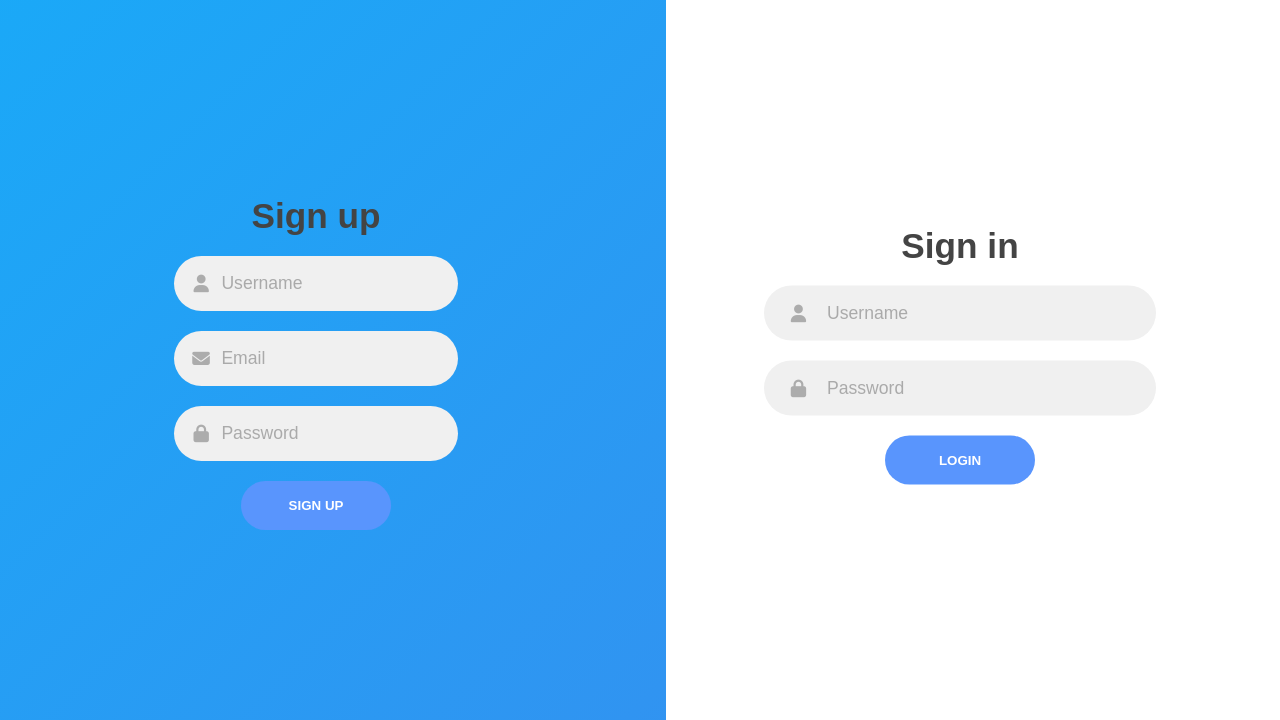
Repository: sarfaraz1611/NitteMovie.github.io
Page: login.html
These files come from the project's save history. The page is drawn as it stood at one moment and after the next save; the edit follows.
The browser window is 1280 px wide. The pictures show the whole page.
Some web libraries are served in a nearby version.

Above is the page before, as saved 2022-07-15 23:48:25.

### login.html
<!DOCTYPE html>
<html lang="en">

<head>
    <meta charset="UTF-8" />
    <meta name="viewport" content="width=device-width, initial-scale=1.0" />
    <script src="https://kit.fontawesome.com/64d58efce2.js" crossorigin="anonymous"></script>
    <link rel="stylesheet" href="./assets/css/main.css" />
    <title>nittemovies</title>
</head>

<body>
    <div class="container">

            <div class="signin-signup">
                <form action="" class="sign-in-form">
                    <h2 class="title">Sign in</h2>
                    <div class="input-field">
                        <i class="fas fa-user"></i>
                        <input type="text" placeholder="Username" />
                    </div>
                    <div class="input-field">
                        <i class="fas fa-lock"></i>
                        <input type="password" placeholder="Password" />
                    </div>
                    <input type="submit" value="Login" class="btn solid" />

                </form>

            </div>


        <div class="panels-container">
            <div class="panel left-panel">
                                   <form action="#" class="">
                        <h2 class="title">Sign up</h2>
                        <div class="input-field">
                            <i class="fas fa-user"></i>
                            <input type="text" placeholder="Username" />
                        </div>
                        <div class="input-field">
                            <i class="fas fa-envelope"></i>
                            <input type="email" placeholder="Email" />
                        </div>
                        <div class="input-field">
                            <i class="fas fa-lock"></i>
                            <input type="password" placeholder="Password" />
                        </div>
                        <input type="submit" class="btn" value="Sign up" />

                    </form>
                </div>
            </div>



    </div>


</body>

</html>

### assets/css/main.css
:root {
  --live-indicator-shadow: hsla(0, 79%, 63%, 0.5);
  --rich-black-fogra-30:   hsl(219, 32%, 10%);
  --rich-black-fogra-29:   hsl(222, 25%, 10%);
  --oxford-blue-50:        hsla(218, 39%, 14%, 0.8);
  --oxford-blue:           hsl(218, 39%, 14%);
  --light-azure:           hsl(214, 84%, 56%);
  --off-white:             hsl(0, 0%, 88%);
  --white:                 hsl(0, 0%, 100%);
  --azure:                 hsl(211, 100%, 50%);



  --ff-inter: "Inter", sans-serif;

  --section-heading: 40px;



  --px: 50px;

}
@media only screen and (max-width: 1026px) {
  .banner {
      display: none;
  }
}



* {
  margin: 0;
  padding: 0;
  transition: all 0.5s ease;
}

h1, h2, h3, h4, h5, h6 { color: var(--white); }

html { font-family: var(--ff-inter); }

body {
  background: var(--rich-black-fogra-29);
  color: var(--off-white);
}
img {
  display: block;
  width: 100%;
  height: 100%;
  object-fit: cover;
}
a {
  text-decoration: none;
  display: block;
  color: var(--off-white);
}

header, nav { background: var(--rich-black-fogra-29); }

.navbar,
.banner,
.movies,
.category {
  padding: 0 var(--px);
}




.container {
  max-width: 1440px;
  margin: auto;
}






.navbar {
  height: 100px;
  display:         flex;
  justify-content: space-between;
  align-items:     center;
}

.navbar-brand{width:251px;}




nav { margin-right: 250px; }

.navbar-nav { display: flex; }

.navbar-nav li{ margin-right: 60px; }

.navbar-link {
  font-size: var(--fs-sm);
  font-weight: var(--fw-5);
}

.navbar-link:hover { color: var(--light-azure); }




/* .navbar-signin {
  display:     flex;
  align-items: center;
  font-size: var(--fs-sm);
}



.navbar-signin:hover span { color: var(--light-azure); } */


.banner { margin-bottom: 60px; }

.banner-card {
  position: relative;
  height: 400px;
  overflow: hidden;
  border-radius: 20px;
  cursor: pointer;
}


.banner-img { object-position: top; }

.banner-card:hover .banner-img { transform: scale(1.1); }

.banner-card .card-content {
  position: absolute;
  right:  80px;
  bottom: 60px;
  left:   80px;
}

.banner-card .card-info {
  display:     flex;
  align-items: center;
  margin-bottom: 20px;
}

.banner-card .card-info div {
  display:     flex;
  align-items: center;
  margin-right: 20px;
}






.banner-card .card-title {
  font-size: 3em;
  color: var(--white);
  text-shadow: 2px 0 2px #0007;
}





.movies { margin-bottom: 60px; }








.movies-grid {
  display: grid;
  grid-template-columns: repeat(auto-fill, minmax(140px, 1fr));
  gap: 30px;
  margin-bottom: 60px;
}






.movie-card .card-head {
  position: relative;
  height: 250px;
  border-radius: 15px;
  margin-bottom: 15px;
  overflow: hidden;
}




.movie-card:hover .card-img { transform: scale(1.1); }





.movie-card .card-title {
  font-size: var(--fs-md);
  font-weight: var(--fw-5);
  margin-bottom: 5px;
}



.movie-card:hover .card-title { color: var(--light-azure); }




.movie-card .genre { margin-right: 8px; }
.play-card{
  padding-left:50px;
  padding-right:50px;
}








.category { margin-bottom: 60px; }

.category-grid {
  margin-top:25px;
  display: grid;
  grid-template-columns: repeat(4, 1fr);
  gap: 30px;
}

.category-card {
  position: relative;
  height: 150px;
  border-radius: 20px;
  overflow: hidden;
  cursor: pointer;
}



.category-card:hover .card-img { transform: scale(1.1); }

.category-card .name,
.category-card .total {
  position: absolute;
  bottom: 20px;
  color: var(--white);
  z-index: 20;
}

.category-card .name {
  left: 20px;
  font-size: 20px;
}



.category-card:hover .name { color: var(--light-azure); }



// login styles



@import url("https://fonts.googleapis.com/css2?family=Poppins:wght@200;300;400;500;600;700;800&display=swap");

* {
  margin: 0;
  padding: 0;
  box-sizing: border-box;
}

body,
input {
  font-family: "Poppins", sans-serif;
}

.container {
  position: relative;
  width: 100%;
  background-color: #fff;
  min-height: 100vh;
  overflow: hidden;
}



.signin-signup {
  position: absolute;
  top: 50%;
  transform: translate(-50%, -50%);
  left: 75%;
  width: 50%;
  transition: 1s 0.7s ease-in-out;
  display: grid;
  grid-template-columns: 1fr;
  z-index: 5;
}

form {
  display: flex;
  align-items: center;
  justify-content: center;
  flex-direction: column;
  padding: 0rem 5rem;
  transition: all 0.2s 0.7s;
  overflow: hidden;
  grid-column: 1 / 2;
  grid-row: 1 / 2;
}



.title {
  font-size: 2.2rem;
  color: #444;
  margin-bottom: 10px;
}

.input-field {
  max-width: 380px;
  width: 100%;
  background-color: #f0f0f0;
  margin: 10px 0;
  height: 55px;
  border-radius: 55px;
  display: grid;
  grid-template-columns: 15% 85%;
  padding: 0 0.4rem;
  position: relative;
}

.input-field i {
  text-align: center;
  line-height: 55px;
  color: #acacac;
  transition: 0.5s;
  font-size: 1.1rem;
}

.input-field input {
  background: none;
  outline: none;
  border: none;
  line-height: 1;
  font-weight: 600;
  font-size: 1.1rem;
  color: #333;
}

.input-field input::placeholder {
  color: #aaa;
  font-weight: 500;
}







.btn {
  width: 150px;
  background-color: #5995fd;
  border: none;
  height: 49px;
  border-radius: 49px;
  color: #fff;
  text-transform: uppercase;
  font-weight: 600;
  margin: 10px 0;
  cursor: pointer;
  transition: 0.5s;
}

.btn:hover {
  background-color: #4d84e2;
}

.panels-container {
  position: absolute;
  height: 100%;
  width: 100%;
  top: 0;
  left: 0;
  display: grid;
  grid-template-columns: repeat(2, 1fr);
}

.container:before {
  content: "";
  position: absolute;
  height: 2000px;
  width: 2000px;
  top: -10%;
  right: 48%;
  /* transform: translateY(-50%); */
  background-image: linear-gradient(-45deg, #4481eb 0%, #04befe 100%);
  /* transition: 1.8s ease-in-out; */
  /* border-radius: 50%; */
  z-index: 2;
}


.panel {
  display: flex;
  flex-direction: column;
  align-items: flex-end;
  justify-content: space-around;
  text-align: center;
  z-index: 3;
  padding: 3rem 17% 2rem 12%;
}

After the next save:
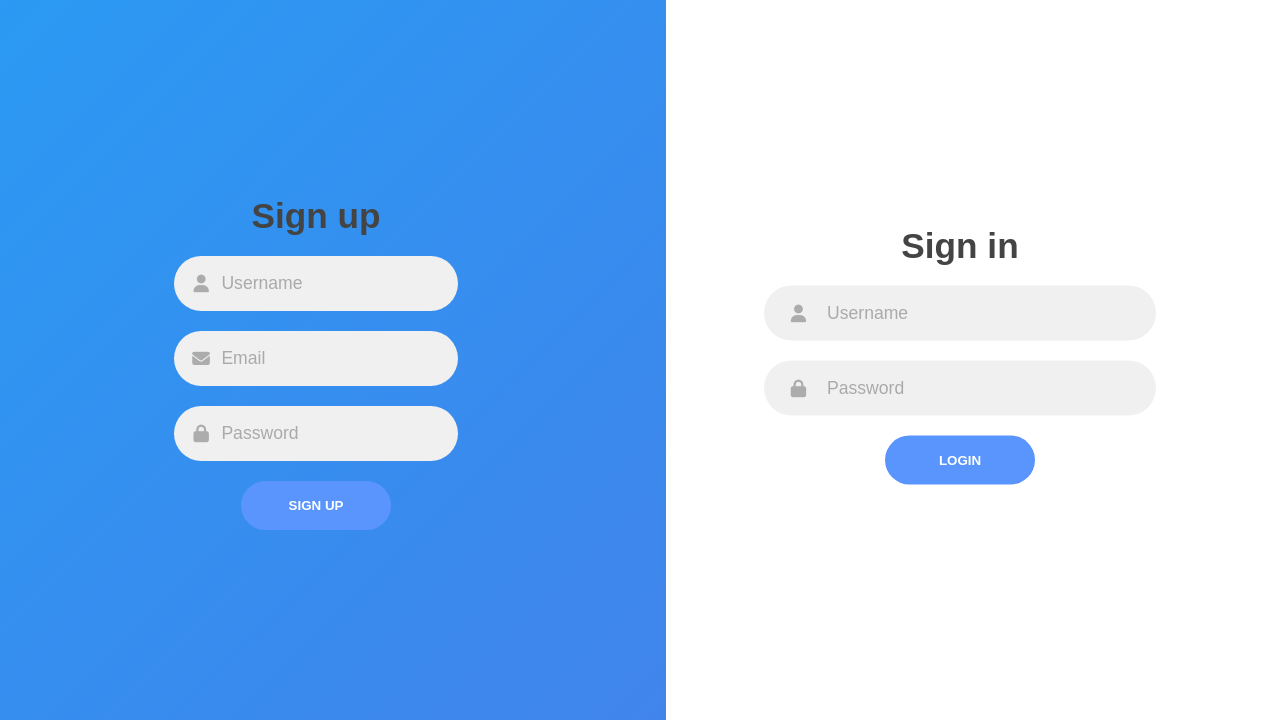
Saved 6 s later.
--- a/assets/css/main.css
+++ b/assets/css/main.css
@@ -404,7 +404,7 @@ form {
   width: 2000px;
   top: -10%;
   right: 48%;
-  /* transform: translateY(-50%); */
+  transform: translateY(-50%);
   background-image: linear-gradient(-45deg, #4481eb 0%, #04befe 100%);
   /* transition: 1.8s ease-in-out; */
   /* border-radius: 50%; */
